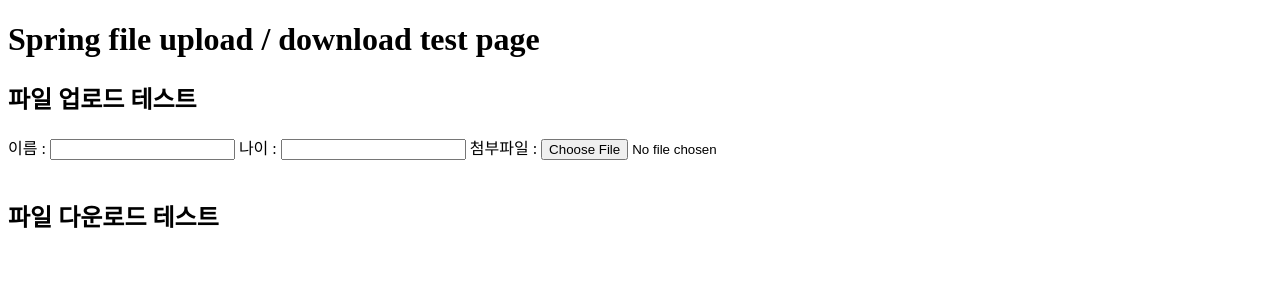
Repository: jeongdoc/KH.S-Class
Page: http://localhost/first/WEB-INF/views/test/testFileUpDown.jsp
These files come from the project's save history. The page is drawn as it stood at one moment and after the next save; the edit follows.
The browser window is 1280 px wide. The pictures show the whole page.
The page is served by Tomcat 9. Nobody is signed in. The template is opened directly, without the code that normally fills it, so the values that code supplies are empty.

Above is the page before, as saved 2019-04-22 07:05:40.

After the next save:
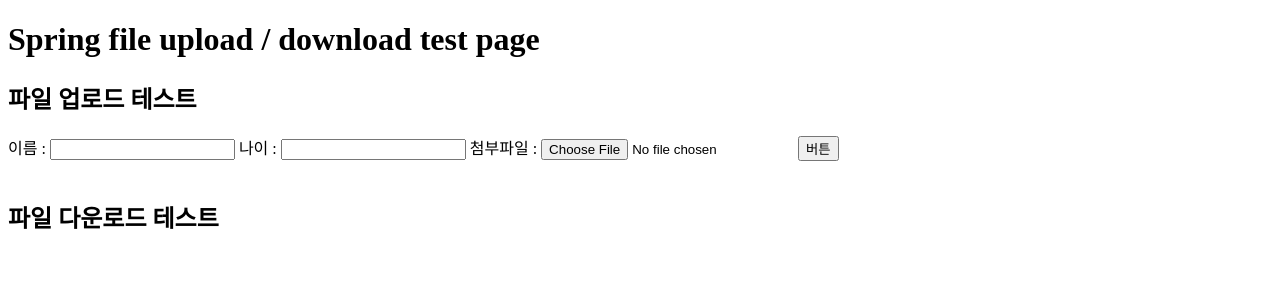
Saved 21 s later.
--- a/framework_space/first/src/main/webapp/WEB-INF/views/test/testFileUpDown.jsp
+++ b/framework_space/first/src/main/webapp/WEB-INF/views/test/testFileUpDown.jsp
@@ -14,6 +14,7 @@
 이름 : <input type='text' name='name' required/>
 나이 : <input type='number'name='age' required/>
 첨부파일 : <input type='file' name='upfile'/>
+<input type='submit' value='버튼'/>
 </form>
 <br>
 <h2>파일 다운로드 테스트</h2>
